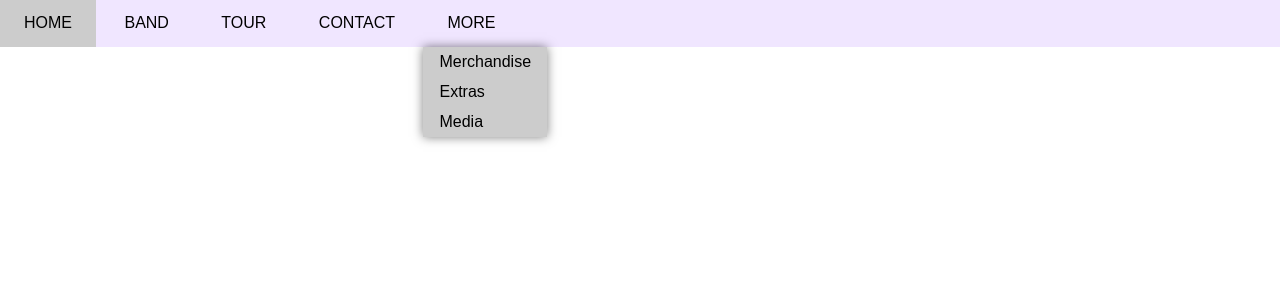
Repository: Ducspdn/WeTheBandF8
Page: w3_band/index.html
The author's editor kept a copy of each file at every save. The page is drawn from the files as they stood at one save, then again after the next save.
The browser window is 1280 px wide. The pictures show the whole page.

Above is the page before, as saved 2023-01-16 22:33:43.

### w3_band/index.html
<html lang="en">
<head>
    <meta charset="UTF-8">
    <meta http-equiv="X-UA-Compatible" content="IE=edge">
    <meta name="viewport" content="width=device-width, initial-scale=1.0">
    <title>Web The Band</title>
    <link rel="stylesheet" href="./assets/css/style.css">
</head>
<body>
    <div id="main">
        <div id="header">
            <ul id="nav">
                <!-- ul#nav>li*5 -->
                <li><a href="">Home</a></li>
                <li><a href="">Band</a></li>
                <li><a href="">Tour</a></li>
                <li><a href="">Contact</a></li>
                <li>
                    <a href="">More</a>
                    <ul class="subnav">
                        <li><a href="">Merchandise</a></li>
                        <li><a href="">Extras</a></li>
                        <li><a href="">Media</a></li>
                    </ul>
                </li>
            </ul>

        </div>

        <div id="slider">

        </div>

        <div id="content">

        </div>

        <div id="footer">

        </div>
    </div>
</body>
</html>

### w3_band/assets/css/style.css
*{
    /* ReSet CSS */
    padding :0 ;
    margin: 0;
    box-sizing: border-box;
    /* thẻ * áp dụng cho tất cả các thẻ luôn */
}
html{
    font-family: Arial, Helvetica, sans-serif ;
    /* 1 và 2 là kiểu chữ đọc từ máy nếu không có 1 và 2 thì chạy sang 3 , 3 chủng form bất kì */
    /* set font chữ cho toàn Website */
    /* chỉ kế thừa thẻ nào có chữ */
}
/* từ ngoài vào trong */
/* từ trên xuống dưới */
/* từ tổng quan đến chi tiết */
/* vị trí */
/* kích thước */
/* màu sắc */
/* kiểu dáng : kiểu chữ , hình tròn , hình vuông .... */
#main {

}
#header {
    /* width :100% ; */
    height: 46.5px;
    background-color: rgba(225, 205, 255, 0.5);
}
#nav , .subnav {
    list-style-type:none;
    /*bỏ dâu . trong list */
}
#nav{

}
#nav >li{
    display : inline-block ;
}
#nav li{
    /* display : inline-block ; */
    /* vì inline nên khong set được thuộc tính */
    position : relative ;
}
#nav > li > a {
    text-transform: uppercase;
    /* viết in hoa */
    color : black ;
}
#nav li a {
    text-decoration: none ;

    line-height: 46.5px;
    padding-top: 0;
    padding-bottom: 0;
    padding-left : 24px;
    padding-right: 24px;
    /* đổi form chữ cần kĩ thuật nhúng , chưa học */
    display: inline-block;
}
#nav li:hover a{
    color: black;
    background-color: rgba(123, 234, 111, 0.5) ;
}
#nav > li:hover > a {
    color : black ;
    background-color: #ccc;
}

#nav .subnav{
    /* display: none; */
    position :absolute ;
    background-color: #ccc;
    box-shadow: 0 0 10px rgba(0, 0, 0, 0.5);
}
#nav .subnav a {
    color: black;
    padding-top:0px;
    padding-bottom : 0px;
    padding-left : 16px ;
    padding-right : 16px ;
    line-height: 30px;
}
#nav .subnav li:hover{
    color : black ;
    background-color: #ccc;
}
#slider {
    /* min-height: 500px;
    background-color: black; */

}
#content {

}

#footer {

}

After the next save:
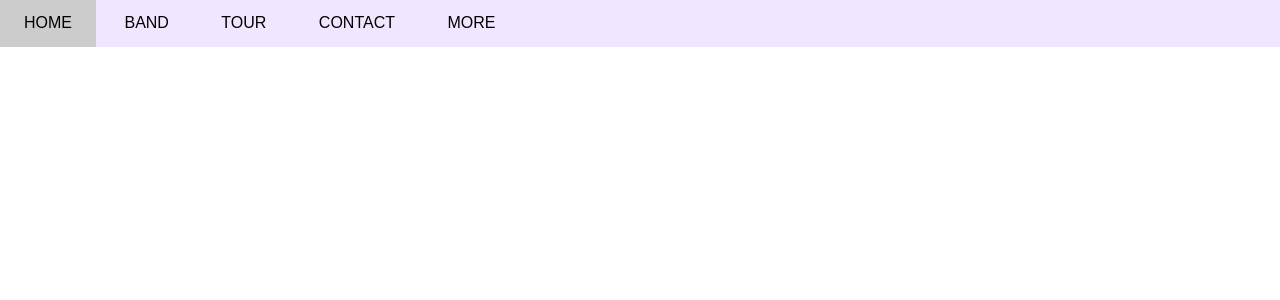
Saved 72 s later.
--- a/w3_band/assets/css/style.css
+++ b/w3_band/assets/css/style.css
@@ -67,7 +67,7 @@ html{
 }
 
 #nav .subnav{
-    /* display: none; */
+    display: none;
     position :absolute ;
     background-color: #ccc;
     box-shadow: 0 0 10px rgba(0, 0, 0, 0.5);
